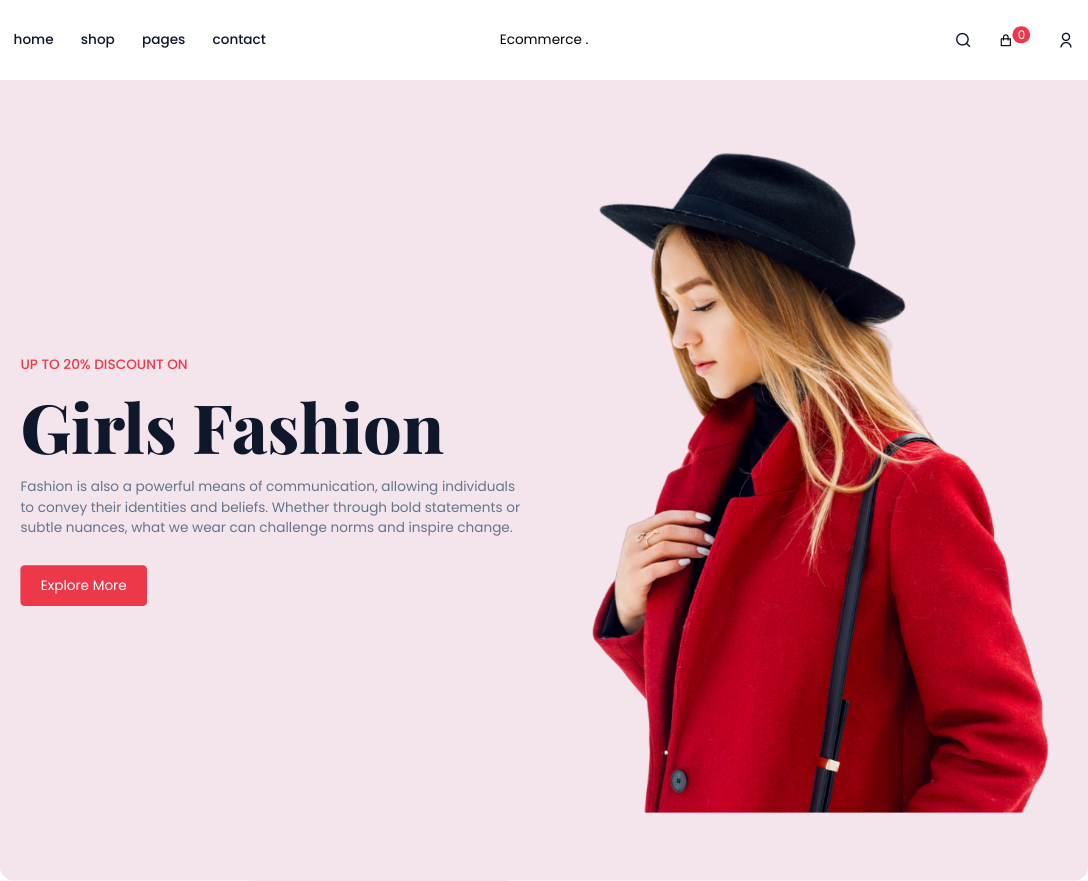
Repository: kommisetti23456/front-code
Page: /
These files come from the project's save history. The page is drawn as it stood at one moment and after the next save; the edit follows.
The browser window is 1280 px wide. The pictures show the whole page, at 85% of full size.
The project was rebuilt for these pictures with package versions that can differ from the ones it lists, and the page was loaded fresh each time. Also part of the build but not shown: vite.config.js.

Above is the page before, as saved 2024-10-28 00:00:57.

### index.html
<!doctype html>
<html lang="en">
  <head>
    <meta charset="UTF-8" />
    <link rel="icon" type="image/svg+xml" href="/fav-icon.png" />
    <meta name="viewport" content="width=device-width, initial-scale=1.0" />
    <title>Mern Stack E-Commerce project</title>
  </head>
  <body>
    <div id="root"></div>
    <script type="module" src="/src/main.jsx"></script>
  </body>
</html>

### src/main.jsx
 // src/index.js or src/main.jsx
import { StrictMode } from 'react';
import { createRoot } from 'react-dom/client';
import './index.css';
import 'remixicon/fonts/remixicon.css';
import { RouterProvider } from 'react-router-dom';
import router from './routes/router.jsx';
import { Provider } from 'react-redux';
import store from './redux/store'; // // Use default import without curly braces

createRoot(document.getElementById('root')).render(
  <Provider store={store}>
    <RouterProvider router={router} />
  </Provider>
);

### src/routes/router.jsx
import React from 'react';
import { createBrowserRouter } from 'react-router-dom';
import App from '../App';
import Home from '../pages/home/Home';
import "../App.css"
// import CategoryPage from '../pages/CategoryPage';
// import Search from '../pages/Search';
// import Shop from '../pages/Shop';
// import Single from '../pages/Single';
// import Login from '../pages/Login';
// import Register from '../pages/Register';

const router = createBrowserRouter([
    {
        path: '/',
        element: <App />, // Main app component
        children: [
            {
                path: '/',
                element: <Home />, // Home component for the root path
            },
            // {
            //     path: '/categories/:categoryName',
            //     element: <CategoryPage />, // Matches category page
            // },
            // {
            //     path: '/search',
            //     element: <Search />,
            // },
            // {
            //     path: '/shop',
            //     element: <Shop />,
            // },
            // {
            //     path: '/shop/:id',
            //     element: <Single />,
            // },
        ],
    },
    // {
    //     path: '/login',
    //     element: <Login />,
    // },
    // {
    //     path: '/register',
    //     element: <Register />,
    // },
]);

export default router;

### src/redux/store.jsx
import { configureStore } from '@reduxjs/toolkit';
import cartReducer from './features/cartSlice'; // Adjust the path as needed

const store = configureStore({
  reducer: {
    cart: cartReducer,
    // You can add more reducers here if you have other slices
  },
});

export default store;

### src/App.jsx
 import React from 'react'
import Navbar from './components/Navbar'
import { Outlet } from 'react-router-dom'

 const App = () => {
   return (
    <>
    <Navbar/>
    <Outlet/>
    </>
   )
 }

 export default App

### src/pages/home/Home.jsx
 import React from 'react'
import Banner from './Banner'


 const Home = () => {
   return (
     <Banner/>
   )
 }

 export default Home

### src/App.css
@import url("https://fonts.googleapis.com/css2?family=Playfair+Display:wght@600;800&family=Poppins:wght@400;500;600;700&display=swap");

:root {
  --primary-color: #ed3849;
  --primary-color-dark: #d23141;
  --primary-color-light: #f4e5ec;
  --text-dark: #0f172a;
  --text-light: #64748b;
  --extra-light: #f8fafc;
  --white: #ffffff;
  --max-width-1400: 1400px;
  --max-width-1200: 1200px;
  --max-width-900: 900px;
  --header-font: "Playfair Display", serif;
}

* {
  padding: 0;
  margin: 0;
  box-sizing: border-box;
}

.section__container {
  max-width: var(--max-width-1400);
  margin: auto;
  padding: 5rem 1rem;
}

.section__header {
  margin-bottom: 1rem;
  font-size: 2rem;
  font-weight: 800;
  font-family: var(--header-font);
  color: var(--text-dark);
  text-align: center;
}

.section__subheader {
  max-width: 500px;
  margin: auto;
  color: var(--text-light);
  text-align: center;
}

.btn {
  padding: 0.75rem 1.5rem;
  outline: none;
  border: none;
  font-size: 1rem;
  color: var(--white);
  background-color: var(--primary-color);
  border-radius: 5px;
  cursor: pointer;
  transition: 0.3s;
}

.btn:hover {
  background-color: var(--primary-color-dark);
}

img {
  width: 100%;
  display: flex;
}

a {
  text-decoration: none;
}

body {
  font-family: "Poppins", sans-serif;
}

nav {
  max-width: var(--max-width-1200);
  margin: auto;
  padding: 2rem 1rem;
  display: flex;
  align-items: center;
  justify-content: space-between;
}

.nav__links {
  flex: 1;
  list-style: none;
  display: flex;
  align-items: center;
  gap: 2rem;
}

.link a {
  font-weight: 500;
  color: var(--text-dark);
}

.link a:hover {
  color: var(--primary-color);
}

.nav__logo a {
  font-size: 2rem;
  font-weight: 800;
  font-family: var(--header-font);
  color: var(--text-dark);
}

.nav__logo a span {
  color: var(--primary-color);
}

.nav__icons {
  flex: 1;
  display: flex;
  align-items: center;
  justify-content: flex-end;
  gap: 2rem;
}

.nav__icons span a {
  font-size: 1.25rem;
  color: var(--text-dark);
}

.nav__icons span a:hover {
  color: var(--primary-color);
}

.header__container {
  min-height: 650px;
  background-color: var(--primary-color-light);
  border-bottom-left-radius: 1rem;
  border-bottom-right-radius: 1rem;
  display: grid;
  grid-template-columns: repeat(2, 1fr);
  gap: 2rem;
  align-items: center;
}

.header__content {
  max-width: 600px;
  margin-left: auto;
}

.header__content h4 {
  font-size: 1rem;
  font-weight: 500;
  color: var(--primary-color);
}

.header__content h1 {
  font-size: 5rem;
  font-weight: 800;
  font-family: var(--header-font);
  color: var(--text-dark);
}

.header__content p {
  margin-bottom: 2rem;
  color: var(--text-light);
}

.header__image {
  position: relative;
  height: 100%;
}

.header__image img {
  position: absolute;
  left: 50%;
  bottom: -5rem;
  transform: translateX(-50%);
  max-width: 500px;
}

.categories__grid {
  max-width: var(--max-width-900);
  margin: auto;
  margin-top: 4rem;
  display: grid;
  grid-template-columns: repeat(4, 1fr);
  gap: 2rem;
}

.categories__card {
  text-align: center;
}

.categories__card img {
  max-width: 100px;
  margin: auto;
  margin-bottom: 1rem;
  border: 5px solid var(--white);
  border-radius: 100%;
  box-shadow: 0 0 20px rgba(0, 0, 0, 0.1);
}

.categories__card h4 {
  font-size: 1.2rem;
  font-weight: 600;
  font-family: var(--header-font);
  color: var(--text-dark);
}

.hero__container {
  display: grid;
  grid-template-columns: repeat(3, 1fr);
  gap: 1rem;
}

.hero__card {
  position: relative;
  box-shadow: 2px 2px 20px rgba(0, 0, 0, 0.1);
}

.hero__content {
  position: absolute;
  top: 50%;
  left: 50%;
  transform: translate(-15%, -50%);
}

.hero__content p {
  font-size: 0.9rem;
  font-weight: 500;
  color: var(--primary-color);
}

.hero__content h4 {
  margin-bottom: 1rem;
  font-size: 1.25rem;
  font-weight: 800;
  font-family: var(--header-font);
  color: var(--text-dark);
}

.hero__content a {
  color: var(--text-dark);
  text-decoration: underline;
}

.hero__card img {
  border-radius: 5px;
}

.product__grid {
  max-width: var(--max-width-900);
  margin: 4rem auto;
  display: grid;
  grid-template-columns: repeat(4, 1fr);
  gap: 2rem;
}

.product__card__content {
  text-align: center;
  padding: 1rem;
}

.product__rating {
  margin-bottom: 5px;
  font-size: 0.8rem;
  color: goldenrod;
}

.product__card__content h4 {
  margin-bottom: 5px;
  font-size: 1.2rem;
  font-weight: 800;
  font-family: var(--header-font);
}

.product__card__content p {
  font-weight: 500;
  color: var(--text-dark);
}

.product__card__content p s {
  font-size: 0.9rem;
  font-weight: 400;
  color: var(--text-light);
}

.product__btn {
  text-align: center;
}

.deals__container {
  background-color: var(--primary-color-light);
  border-radius: 1rem;
  display: grid;
  grid-template-columns: repeat(2, 1fr);
  gap: 2rem;
  align-items: center;
}

.deals__image {
  height: 100%;
  position: relative;
}

.deals__image img {
  position: absolute;
  left: 50%;
  bottom: -5rem;
  transform: translateX(-50%);
  max-width: 550px;
}

.deals__content {
  max-width: 600px;
  margin-right: auto;
}

.deals__content h5 {
  margin-bottom: 1rem;
  font-size: 1rem;
  font-weight: 500;
  color: var(--primary-color);
}

.deals__content h4 {
  margin-bottom: 1rem;
  font-size: 2rem;
  font-weight: 800;
  font-family: var(--header-font);
  color: var(--text-dark);
}

.deals__content p {
  margin-bottom: 2rem;
  color: var(--text-light);
}

.deals__countdown {
  display: flex;
  align-items: center;
  gap: 1rem;
}

.deals__countdown__card {
  height: 80px;
  width: 80px;
  display: grid;
  place-content: center;
  text-align: center;
  background-color: var(--white);
  border-radius: 100%;
  box-shadow: 5px 5px 20px rgba(0, 0, 0, 0.1);
}

.deals__countdown__card h4 {
  margin-bottom: 0;
  font-size: 1.5rem;
  color: var(--text-dark);
}

.deals__countdown__card p {
  margin-bottom: 0;
  font-weight: 500;
  color: var(--text-dark);
}

.banner__container {
  max-width: var(--max-width-900);
  margin: auto;
  display: grid;
  grid-template-columns: repeat(3, 1fr);
  gap: 2rem;
}

.banner__card {
  text-align: center;
}

.banner__card span {
  margin-bottom: 1rem;
  display: inline-block;
  font-size: 2rem;
  color: var(--primary-color);
}

.banner__card h4 {
  margin-bottom: 0.5rem;
  font-size: 1.25rem;
  font-family: var(--header-font);
  color: var(--text-dark);
}

.banner__card p {
  color: var(--text-light);
}

.blog__container {
  background-color: var(--extra-light);
  border-radius: 1rem;
}

.blog__grid {
  max-width: var(--max-width-900);
  margin: auto;
  margin-top: 4rem;
  display: grid;
  grid-template-columns: repeat(3, 1fr);
  gap: 2rem;
}

.blog__card {
  background-color: var(--white);
  overflow: hidden;
  border-radius: 10px;
  box-shadow: 2px 2px 20px rgba(0, 0, 0, 0.1);
}

.blog__card__content {
  padding: 1rem;
  text-align: center;
}

.blog__card__content h6 {
  font-size: 0.9rem;
  font-weight: 500;
  color: var(--primary-color);
}

.blog__card__content h4 {
  margin-bottom: 0.5rem;
  font-size: 1.2rem;
  font-family: var(--header-font);
  color: var(--text-dark);
}

.blog__card__content p {
  font-size: 0.9rem;
  font-weight: 600;
  color: var(--text-light);
}

.footer__container {
  max-width: var(--max-width-1200);
  display: grid;
  grid-template-columns: repeat(4, 1fr);
  gap: 2rem;
}

.footer__container h4 {
  margin-bottom: 1.5rem;
  font-size: 1.2rem;
  font-weight: 800;
  font-family: var(--header-font);
  color: var(--text-dark);
}

.footer__col p {
  margin-bottom: 1rem;
  font-weight: 500;
  color: var(--text-light);
}

.footer__col p span {
  margin-right: 0.5rem;
  font-size: 1.2rem;
  color: var(--primary-color);
}

.footer__col a {
  display: block;
  margin-bottom: 1rem;
  font-weight: 500;
  color: var(--text-light);
}

.footer__col a:hover {
  color: var(--primary-color);
}

.instagram__grid {
  display: grid;
  grid-template-columns: repeat(3, 1fr);
  gap: 1rem;
}

.footer__bar {
  padding: 1rem;
  text-align: center;
  font-size: 0.8rem;
  color: var(--text-light);
  border-top: 2px solid var(--extra-light);
}

@media (width < 900px) {
  .nav__links {
    display: none;
  }

  .header__container {
    grid-template-columns: repeat(1, 1fr);
  }

  .header__content {
    margin: auto;
    text-align: center;
  }

  .header__image {
    min-height: 300px;
  }

  .hero__container {
    grid-template-columns: repeat(2, 1fr);
  }

  .product__grid {
    grid-template-columns: repeat(3, 1fr);
    gap: 1rem;
  }

  .deals__container {
    grid-template-columns: repeat(1, 1fr);
  }

  .deals__content {
    margin: auto;
    text-align: center;
  }

  .deals__countdown {
    justify-content: center;
  }

  .deals__image {
    min-height: 300px;
    grid-area: 2/1/3/2;
  }

  .banner__container {
    grid-template-columns: repeat(2, 1fr);
  }

  .blog__grid {
    grid-template-columns: repeat(2, 1fr);
    gap: 1rem;
  }

  .footer__container {
    grid-template-columns: repeat(1, 1fr);
  }
}

@media (width < 600px) {
  .categories__grid {
    grid-template-columns: repeat(2, 1fr);
  }

  .hero__container {
    grid-template-columns: repeat(1, 1fr);
  }

  .product__grid {
    grid-template-columns: repeat(2, 1fr);
  }

  .banner__container {
    grid-template-columns: repeat(1, 1fr);
  }

  .blog__grid {
    grid-template-columns: repeat(1, 1fr);
  }

  .instagram__grid {
    grid-template-columns: repeat(2, 1fr);
    gap: 10px;
  }
}

.nav__icons span a.dropdown-items{
  font-size: 16px;
}

input[type="number"]::-webkit-inner-spin-button,
input[type="number"]::-webkit-outer-spin-button {
  -webkit-appearance: none;
  margin: 0;
}

.add-product-InputCSS {
  @apply mt-1 block py-2.5 px-4 w-full rounded-md bg-gray-100 border-gray-300 shadow-sm focus:outline-none focus:border-indigo-500 focus:ring-indigo-500 sm:text-sm
}

.add-product-btn{
  @apply mt-5 inline-flex justify-center py-2 px-4 border border-transparent shadow-sm text-sm font-medium rounded-md text-white bg-indigo-600 hover:bg-indigo-700 focus:outline-none focus:ring-2 focus:ring-offset-2 focus:ring-indigo-500
}

.nav__links {
  display: flex; /* Arrange items horizontally */
  gap: 2rem; /* Space between links */
}

.link {
  text-decoration: none; /* Remove underline */
  color:red; /* Default link color */
  transition: color 0.3s; /* Smooth transition for hover effect */
}

.link:hover {
  color: pink; /* Change color on hover */
}

### src/redux/features/cartSlice.jsx
import { createSlice } from '@reduxjs/toolkit';

const initialState = {
  items: [],
  totalQuantity: 0,
};

const cartSlice = createSlice({
  name: 'cart',
  initialState,
  reducers: {
    addToCart: (state, action) => { // Renamed here
      const existingItem = state.items.find(item => item.id === action.payload.id);
      if (existingItem) {
        existingItem.quantity += action.payload.quantity;
      } else {
        state.items.push({ ...action.payload });
      }
      state.totalQuantity += action.payload.quantity;
    },
    removeItem: (state, action) => {
      const existingItem = state.items.find(item => item.id === action.payload.id);
      if (existingItem) {
        state.totalQuantity -= existingItem.quantity;
        state.items = state.items.filter(item => item.id !== action.payload.id);
      }
    },
    clearCart: (state) => {
      state.items = [];
      state.totalQuantity = 0;
    },
    updateItemQuantity: (state, action) => {
      const existingItem = state.items.find(item => item.id === action.payload.id);
      if (existingItem) {
        const quantityDifference = action.payload.quantity - existingItem.quantity;
        existingItem.quantity = action.payload.quantity;
        state.totalQuantity += quantityDifference;
      }
    },
  },
});

// Export actions as named exports
export const { addToCart, removeItem, clearCart, updateItemQuantity } = cartSlice.actions;

// Export reducer as the default export
export default cartSlice.reducer;

### src/components/Navbar.jsx
  import React from 'react'
  import {Link} from "react-router-dom"

  const Navbar = () => {
    return (
    <header className='fixed-nav-bar w-nav'>
      <nav className="max-w-screen-2xl mx-auto px-4 flex justify-between items-center">

        <ul className='nav__links'>
          <li className='link'><Link to="/">
          home
          </Link></li>
          <li className='link'><Link to="/shop">
          shop
          </Link></li>
          <li className='link'><Link to="/">
          pages
          </Link></li>
          <li className='link'><Link to="/contact">
          contact
          </Link></li>
        </ul>
        <div className='nav__logo'>
        </div>
<Link to="/">Ecommerce <span>.</span></Link>
<div className='nav__icons relative'>
<span>
  <Link to="/search">
  <i className="ri-search-line"></i></Link>
</span>
<span>
  <button className='hover:text-primary'>
  <i class="ri-shopping-bag-line"></i>
  <sup className='text-sm inline-block px-1.5 text-white rounded-full bg-primary text-center'>0</sup>
  </button>
  </span>
  <span>
    <Link to="/login">
    <i class="ri-user-line"></i>
    </Link>
  </span>
</div>

      </nav>
    </header>
    )
  }

  export default Navbar

### src/pages/home/Banner.jsx
 import React from 'react'
 import { Link } from 'react-router-dom';
import img from '../../assets/header.png';
 const Banner = () => {
   return (
    <div className='section__container header__container'>
    <div className='header__content z-30'>
      <h4 className='uppercase'>Up To 20% Discount on</h4>
      <h1>Girls Fashion</h1>
      <p>
        Fashion is also a powerful means of communication, allowing individuals to convey their identities and beliefs. Whether through bold statements or subtle nuances, what we wear can challenge norms and inspire change.
      </p>
      <button className='btn'>
        <Link to="/shop">Explore More</Link>
      </button>
    </div>
    <div>
      <img src={img} className='header__image' alt="Fashion header" />
    </div>
  </div>
);
};

 export default Banner

### tailwind.config.js
/** @type {import('tailwindcss').Config} */
export default {
  content: [
    "./index.html",
    "./src/**/*.{js,ts,jsx,tsx}",
  ],
  theme: {
    extend: {
      maxWidth: {
        'screen-2xl': '1400px',
        'custom-1200': '1200px',
        'custom-900': '900px',
      },
      colors: {
        'primary': '#ed3849',
        'primary-dark': "#d23141",
        'primary-light': '#f4e5ec',
        'text-dark': '#0f172a',
        'text-light': '#64748b',
        'extra-light': '#f8fafc'
      }
    },
  },
  plugins: [],
}

### src/pages/home/Categories.jsx
import React from 'react';
import { Link } from 'react-router-dom'; // Import Link from react-router-dom
import category1 from "../assets/category-1.jpg";
import category2 from "../assets/category-2.jpg";
import category3 from "../assets/category-3.jpg";
import category4 from "../assets/category-4.jpg";

const Categories = () => {

    const categories = [
        { name: "Accessories", path: "accessories", image: category1 },
        { name: "Dress Collection", path: "dress", image: category2 },
        { name: "Jewellery", path: "jewellery", image: category3 },
        { name: "Cosmetics", path: "cosmetics", image: category4 },
    ];

    return (
        <>
            <div className='product__grid'>
                {
                    categories.map((category) => (
                        <Link to={`/categories/${category.path}`} className='categories__card' key={category.path}>
                            <img src={category.image} alt={category.name} />
                            <h4>{category.name}</h4>
                        </Link>
                    ))
                }
            </div>
        </>
    );
};

export default Categories;

Loaded but not shown: src/index.css (common file)

After the next save:
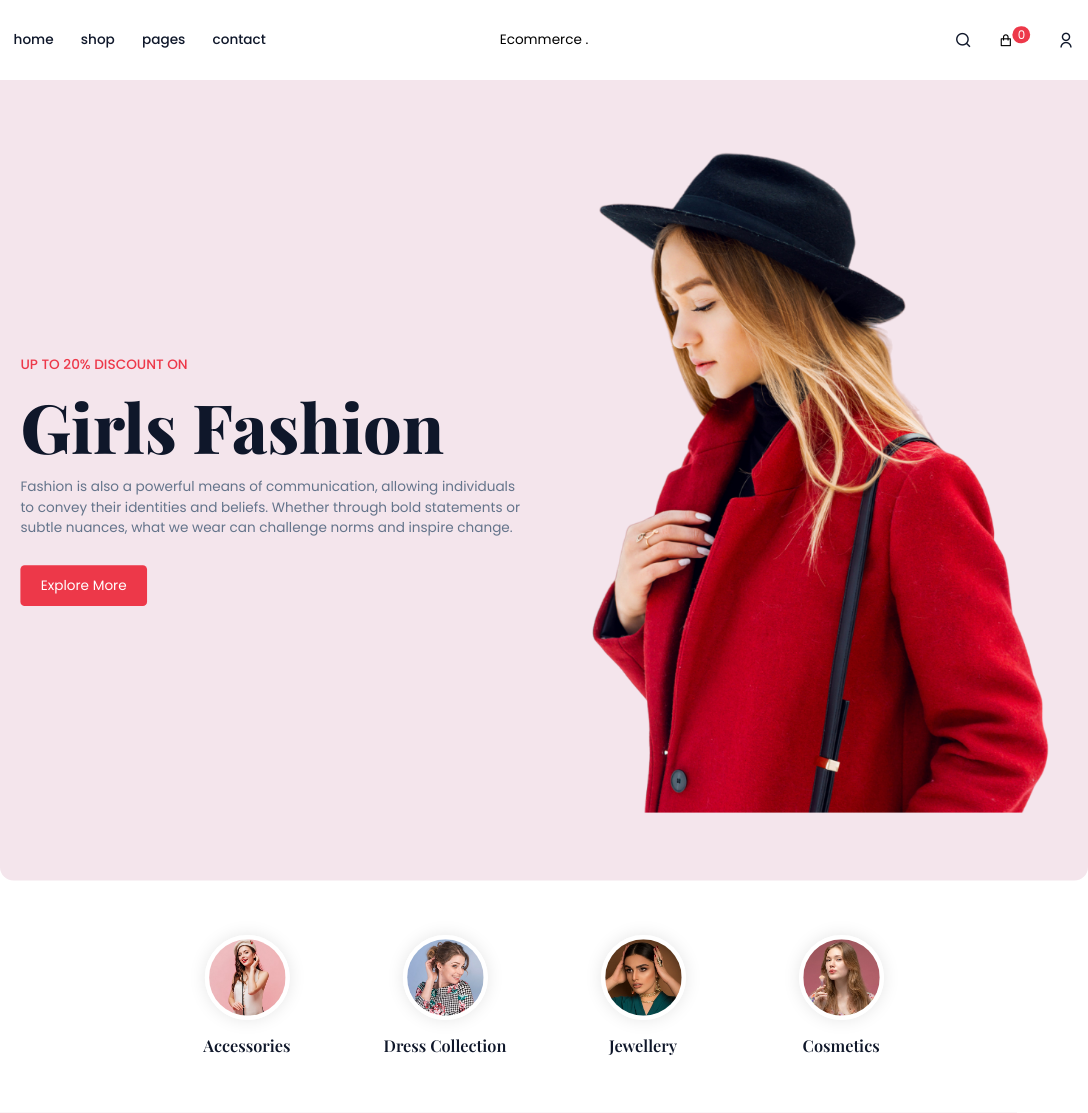
Saved 6 min 16 s later.
--- a/src/pages/home/Home.jsx
+++ b/src/pages/home/Home.jsx
@@ -1,11 +1,14 @@
- import React from 'react'
-import Banner from './Banner'
+import React from 'react';
+import Banner from './Banner';
+import Categories from './Categories';
 
+const Home = () => {
+  return (
+    <div>
+      <Banner />
+      <Categories />
+    </div>
+  );
+};
 
- const Home = () => {
-   return (
-     <Banner/>
-   )
- }
-
- export default Home
+export default Home;
